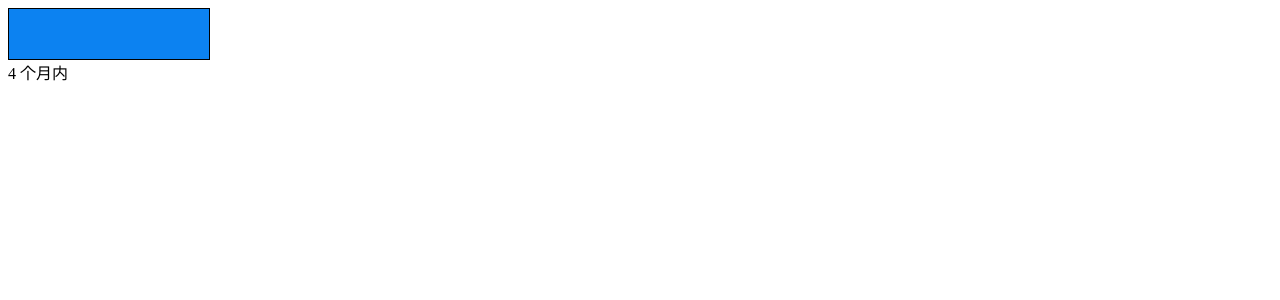
Repository: baierbao/coder
Page: TEST/moment使用示例.html
These files come from the project's save history. The page is drawn as it stood at one moment and after the next save; the edit follows.
The browser window is 1280 px wide. The pictures show the whole page.

Above is the page before, as saved 2019-05-09 11:10:07.

### TEST/moment使用示例.html
<!DOCTYPE html>
<html lang="en">
<head>
    <meta charset="UTF-8">
    <title>Document</title>
    <style>
        .box{
            width: 200px;
            height: 50px;
            border:solid 1px;
            background: #0c82f1;
        }
    </style>
</head>
<body>
    <div class="box"></div>
</body>
<script src="js/moment.js"></script>
<script type="text/javascript">
var time=moment().format('YYYY/MM/DD HH:mm:ss')   // 2019/05/05 15:34:05
console.log(time)
console.log(moment.locale())    // 查看当前语言环境

console.log(moment.locale("zh-cn")) //设置语言环境
console.log(moment.lang('zh-cn'))
document.write(moment("20190505", "YYYYMMDD").fromNow())
</script>
</html>

Loaded but not shown: TEST/js/moment.js (library)

After the next save:
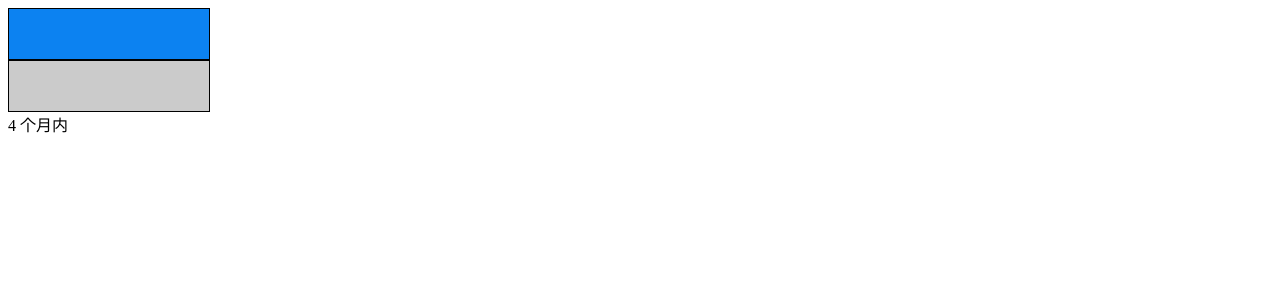
Saved 65 s later.
--- a/TEST/moment使用示例.html
+++ b/TEST/moment使用示例.html
@@ -9,11 +9,20 @@
             height: 50px;
             border:solid 1px;
             background: #0c82f1;
+
+        }
+        .box1{
+            width: 200px;
+            height: 50px;
+            border:solid 1px;
+            background:#CBCBCB;
+
         }
     </style>
 </head>
 <body>
     <div class="box"></div>
+    <div class="box1"></div>
 </body>
 <script src="js/moment.js"></script>
 <script type="text/javascript">
